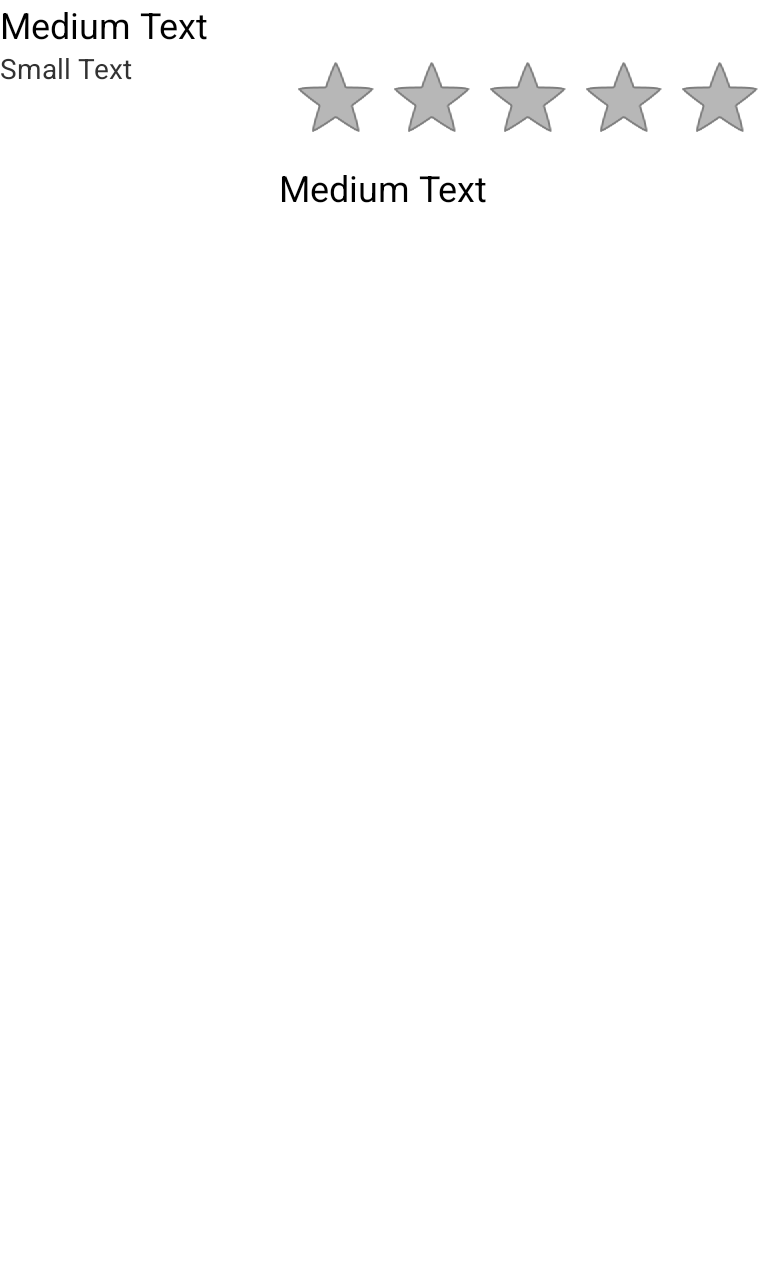
Repository: yash256/atnt
Layout: Farmdroid/res/layout/market_details.xml
The author's editor kept a copy of each file at every save. The layout is drawn from the files as they stood at one save, then again after the next save.
It is drawn on a 768 x 1280 px phone screen (xhdpi) without system bars, with theme AppTheme; the app's code is not run. Lists and similar views that code fills are empty.

Above is the layout before, as saved 2014-10-29 18:44:31.

After the next save:
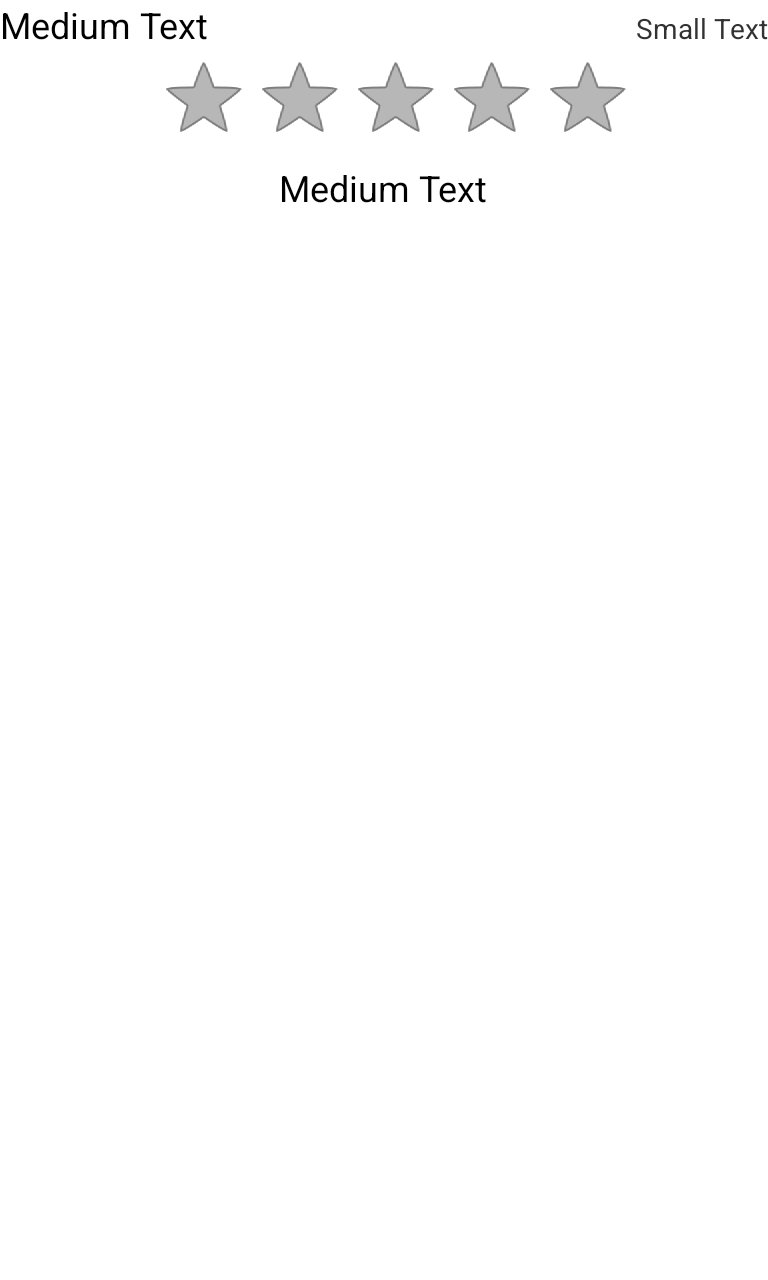
Saved 57 s later.
--- a/Farmdroid/res/layout/market_details.xml
+++ b/Farmdroid/res/layout/market_details.xml
@@ -14,7 +14,7 @@
         <TextView
             android:id="@+id/market_name"
             android:layout_column="0"
-            android:layout_columnSpan="8"
+            android:layout_columnSpan="4"
             android:layout_gravity="left"
             android:layout_row="0"
             android:text="Medium Text"

After the save that followed:
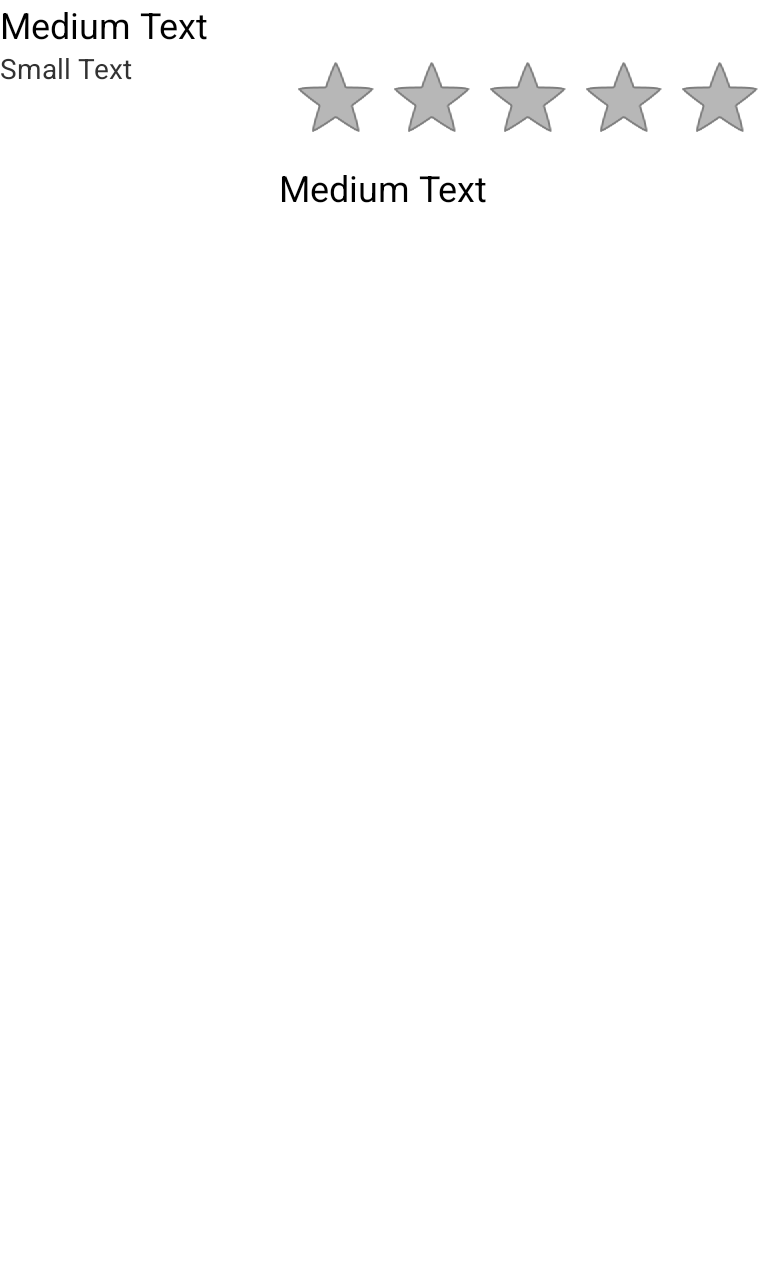
Saved 39 s later.
--- a/Farmdroid/res/layout/market_details.xml
+++ b/Farmdroid/res/layout/market_details.xml
@@ -14,7 +14,7 @@
         <TextView
             android:id="@+id/market_name"
             android:layout_column="0"
-            android:layout_columnSpan="4"
+            android:layout_columnSpan="8"
             android:layout_gravity="left"
             android:layout_row="0"
             android:text="Medium Text"
